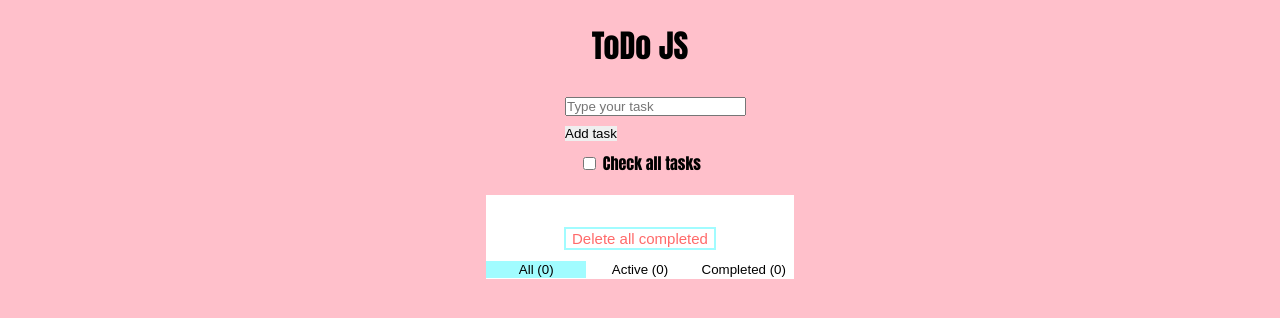
Repository: mklyagin/klyagin_todojs
Page: index.html
These files come from the project's save history. The page is drawn as it stood at one moment and after the next save; the edit follows.
The browser window is 1280 px wide. The pictures show the whole page.

Above is the page before, as saved 2024-02-28 09:12:15.

After the next save:
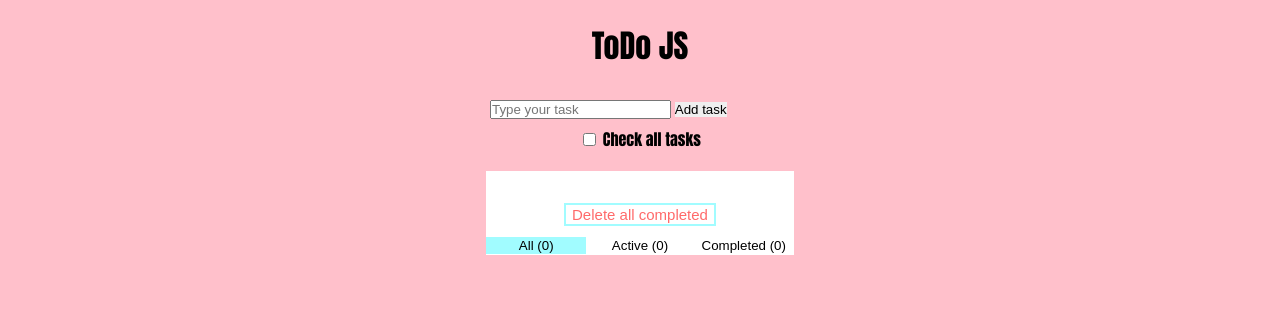
Saved 7 s later.
--- a/style.css
+++ b/style.css
@@ -40,7 +40,7 @@ li {
 }
 
 .input-section {
-  width: 150px;
+  width: 300px;
 }
 
 #enter-task-input {
